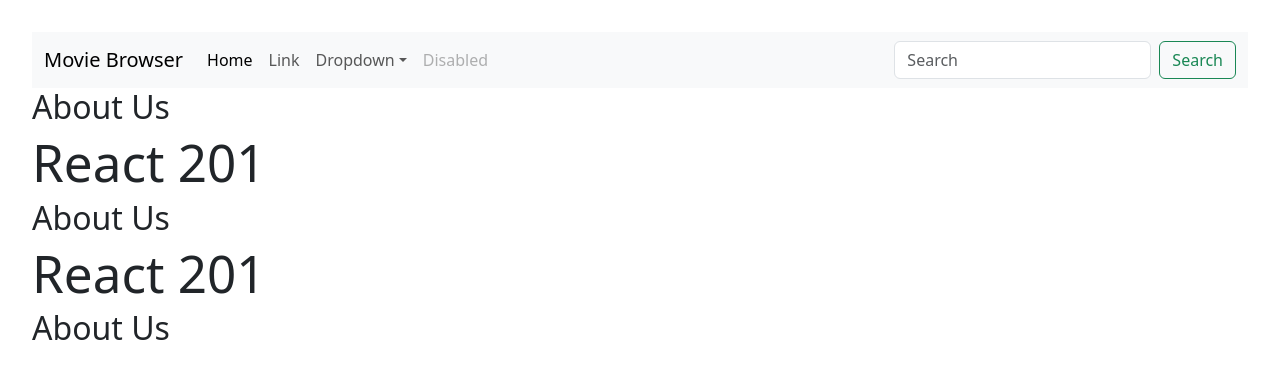
Repository: blordeus/movie-search-browser
Page: /about (app in movie-browser/)
The author's editor kept a copy of each file at every save. The page is drawn from the files as they stood at one save, then again after the next save.
The browser window is 1280 px wide. The pictures show the whole page.
The project was rebuilt for these pictures with package versions that can differ from the ones it lists, and the page was loaded fresh each time. Also part of the build but not shown: movie-browser/vite.config.js.

Above is the page before, as saved 2023-09-03 14:34:24.

### movie-browser/index.html
<!doctype html>
<html lang="en">
  <head>
    <meta charset="UTF-8" />
    <link rel="icon" type="image/svg+xml" href="/vite.svg" />
    <meta name="viewport" content="width=device-width, initial-scale=1.0" />
    <link href="https://cdn.jsdelivr.net/npm/bootstrap@5.3.1/dist/css/bootstrap.min.css" rel="stylesheet" integrity="sha384-4bw+/aepP/YC94hEpVNVgiZdgIC5+VKNBQNGCHeKRQN+PtmoHDEXuppvnDJzQIu9" crossorigin="anonymous">
    <title>Movie Browser</title>
  </head>
  <body>
    <div id="root"></div>
    <script type="module" src="/src/main.jsx"></script>
  </body>
</html>

### movie-browser/src/App.jsx
import './App.css'
import Home from './components/Home';
import NavBar from './components/Navbar';
import About from './components/About';
import {BrowserRouter, Routes, Route } from 'react-router-dom';

function App() {

  return (
    <>
      <NavBar/>
      <Routes>
        <Route path='/' element={<Home/>}/>
        <Route path='/about' element={<About/>}/>
      </Routes>
        <Home/>
        <About/>
      <Home/>
      <About/>
    </>
  )
}

export default App

### movie-browser/src/index.css
:root {
  font-family: Inter, system-ui, Avenir, Helvetica, Arial, sans-serif;
  line-height: 1.5;
  font-weight: 400;

  color-scheme: light dark;
  color: rgba(255, 255, 255, 0.87);

  font-synthesis: none;
  text-rendering: optimizeLegibility;
  -webkit-font-smoothing: antialiased;
  -moz-osx-font-smoothing: grayscale;
  -webkit-text-size-adjust: 100%;
}

a {
  font-weight: 500;
  color: #646cff;
  text-decoration: inherit;
}
a:hover {
  color: #535bf2;
}

body {
  margin: 0;
}

h1 {
  font-size: 3.2em;
  line-height: 1.1;
}

button {
  border-radius: 8px;
  border: 1px solid transparent;
  padding: 0.6em 1.2em;
  font-size: 1em;
  font-weight: 500;
  font-family: inherit;
  background-color: #1a1a1a;
  cursor: pointer;
  transition: border-color 0.25s;
}
button:hover {
  border-color: #646cff;
}
button:focus,
button:focus-visible {
  outline: 4px auto -webkit-focus-ring-color;
}

@media (prefers-color-scheme: light) {
  :root {
    color: #213547;
    background-color: #ffffff;
  }
  a:hover {
    color: #747bff;
  }
  button {
    background-color: #f9f9f9;
  }
}

### movie-browser/src/components/Home.jsx
const Home = () => {
    return (
      <div>
        <h1>React 201</h1>
      </div>
    );
  }

  export default Home;

### movie-browser/src/components/Navbar.jsx
const Navbar = () => (
  <nav className="navbar navbar-expand-lg bg-body-tertiary">
    <div className="container-fluid">
      <a className="navbar-brand" href="gosomewhere.html">Movie Browser</a>
      <button className="navbar-toggler" type="button" data-bs-toggle="collapse" data-bs-target="#navbarSupportedContent" aria-controls="navbarSupportedContent" aria-expanded="false" aria-label="Toggle navigation">
        <span className="navbar-toggler-icon"></span>
      </button>
      <div className="collapse navbar-collapse" id="navbarSupportedContent">
        <ul className="navbar-nav me-auto mb-2 mb-lg-0">
          <li className="nav-item">
            <a className="nav-link active" aria-current="page" href="gosomewhere.html">Home</a>
          </li>
          <li className="nav-item">
            <a className="nav-link" href="gosomewhere.html">Link</a>
          </li>
          <li className="nav-item dropdown">
            <a className="nav-link dropdown-toggle" href="gosomewhere.html" role="button" data-bs-toggle="dropdown" aria-expanded="false">
              Dropdown
            </a>
            <ul className="dropdown-menu">
              <li><a className="dropdown-item" href="gosomewhere.html">Action</a></li>
              <li><a className="dropdown-item" href="gosomewhere.html">Another action</a></li>
              <li><hr className="dropdown-divider"/></li>
              <li><a className="dropdown-item" href="gosomewhere.html">Something else here</a></li>
            </ul>
          </li>
          <li className="nav-item">
            <a className="nav-link disabled" aria-disabled="true">Disabled</a>
          </li>
        </ul>
        <form className="d-flex" role="search">
          <input className="form-control me-2" type="search" placeholder="Search" aria-label="Search"/>
          <button className="btn btn-outline-success" type="submit">Search</button>
        </form>
      </div>
    </div>
  </nav>
);

export default Navbar;

### movie-browser/src/components/About.jsx
const About = () => {
    return (
      <div>
        <h2>About Us</h2>
      </div>
    )
  }

export default About;

Loaded but not shown: movie-browser/src/main.jsx (common file); movie-browser/src/App.css (common file)

After the next save:
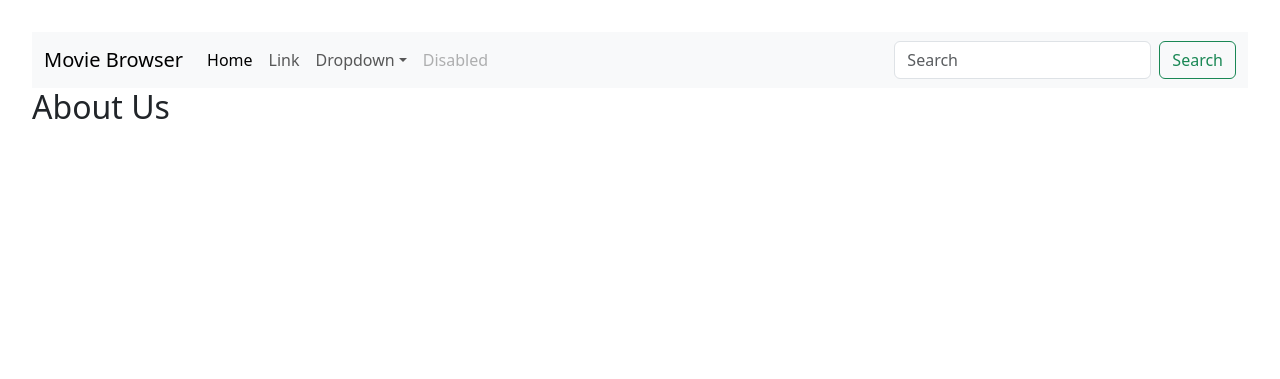
Saved 9 s later.
--- a/movie-browser/src/App.jsx
+++ b/movie-browser/src/App.jsx
@@ -13,10 +13,6 @@
         <Route path='/' element={<Home/>}/>
         <Route path='/about' element={<About/>}/>
       </Routes>
-        <Home/>
-        <About/>
-      <Home/>
-      <About/>
     </>
   )
 }
